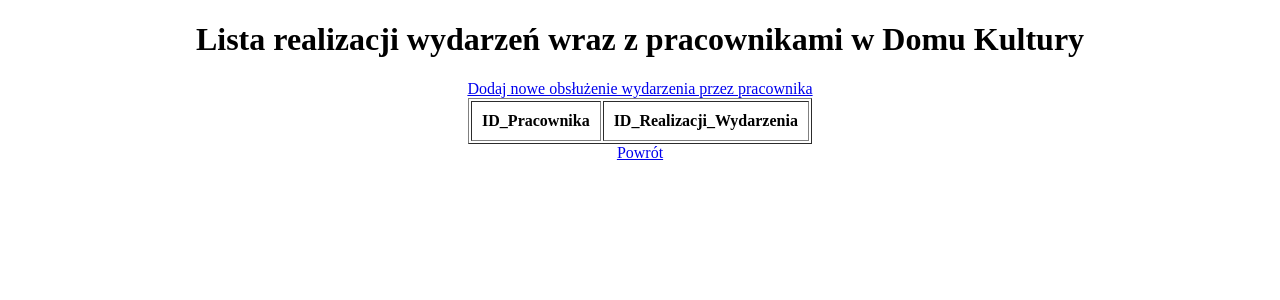
Repository: marcinRuta/houseOfCulture-crud-webapp-database
Page: http://localhost/obslugiwanie_wydarzenia
An editor plug-in stored every save of this project. The page is shown before and after the next save, followed by the edit.
The browser window is 1280 px wide. The pictures show the whole page.
The page is this project's Thymeleaf template; nobody is signed in. The template is opened directly, without the code that normally fills it, so the values that code supplies are empty.

Above is the page before, as saved 2021-01-08 12:36:10.

### DomKultury/src/main/resources/templates/obslugiwanie_wydarzenia.html
<!DOCTYPE html>
<html xmlns="http://www.w3.org/1999/xhtml"
	xmlns:th="http://www.thymeleaf.org">
<head>
<meta charset="UTF-8">
<title>Aplikacja do obsługi Domu Kultury</title>
</head>
<body>

	<div align="center">
		<!--  Page header  -->
		<h1>Lista realizacji wydarzeń wraz z pracownikami w Domu Kultury</h1>

		<!-- Table -->
		<table border="1" cellpadding="10">

			<!-- Entry to a new page -->
			<a href="/newOW">Dodaj nowe obsłużenie wydarzenia przez pracownika</a>

			<!-- Table header -->
			<thead>
				<tr>
					<th>ID_Pracownika</th>
					<th>ID_Realizacji_Wydarzenia</th>
				</tr>
			</thead>

			<!-- Table body-->
			<tbody>
				<tr th:each="Obslugiwanie_wydarzenia : ${listObslugiwanie_wydarzenia}">
					<td th:text="${Obslugiwanie_wydarzenia.ID_Pracownika}">ID_Pracownika</td>
					<td th:text="${Obslugiwanie_wydarzenia.ID_Realizacji_Wydarzenia}">ID_Realizacji_Wydarzenia</td>
				</tr>
			</tbody>
		</table>

		<!-- EXIT -->
		<a href="/tables">Powrót</a>

	</div>
</body>
</html>

After the next save:
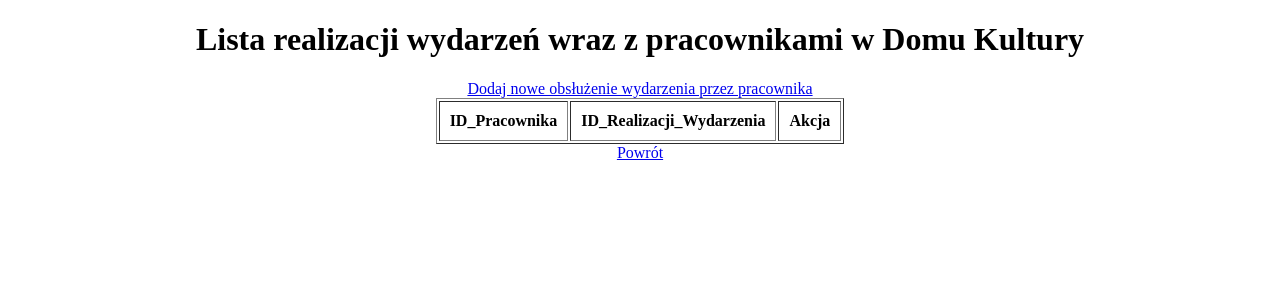
Saved 2 min 58 s later.
--- a/DomKultury/src/main/resources/templates/obslugiwanie_wydarzenia.html
+++ b/DomKultury/src/main/resources/templates/obslugiwanie_wydarzenia.html
@@ -22,6 +22,7 @@
 				<tr>
 					<th>ID_Pracownika</th>
 					<th>ID_Realizacji_Wydarzenia</th>
+					<th>Akcja</th>
 				</tr>
 			</thead>
 
